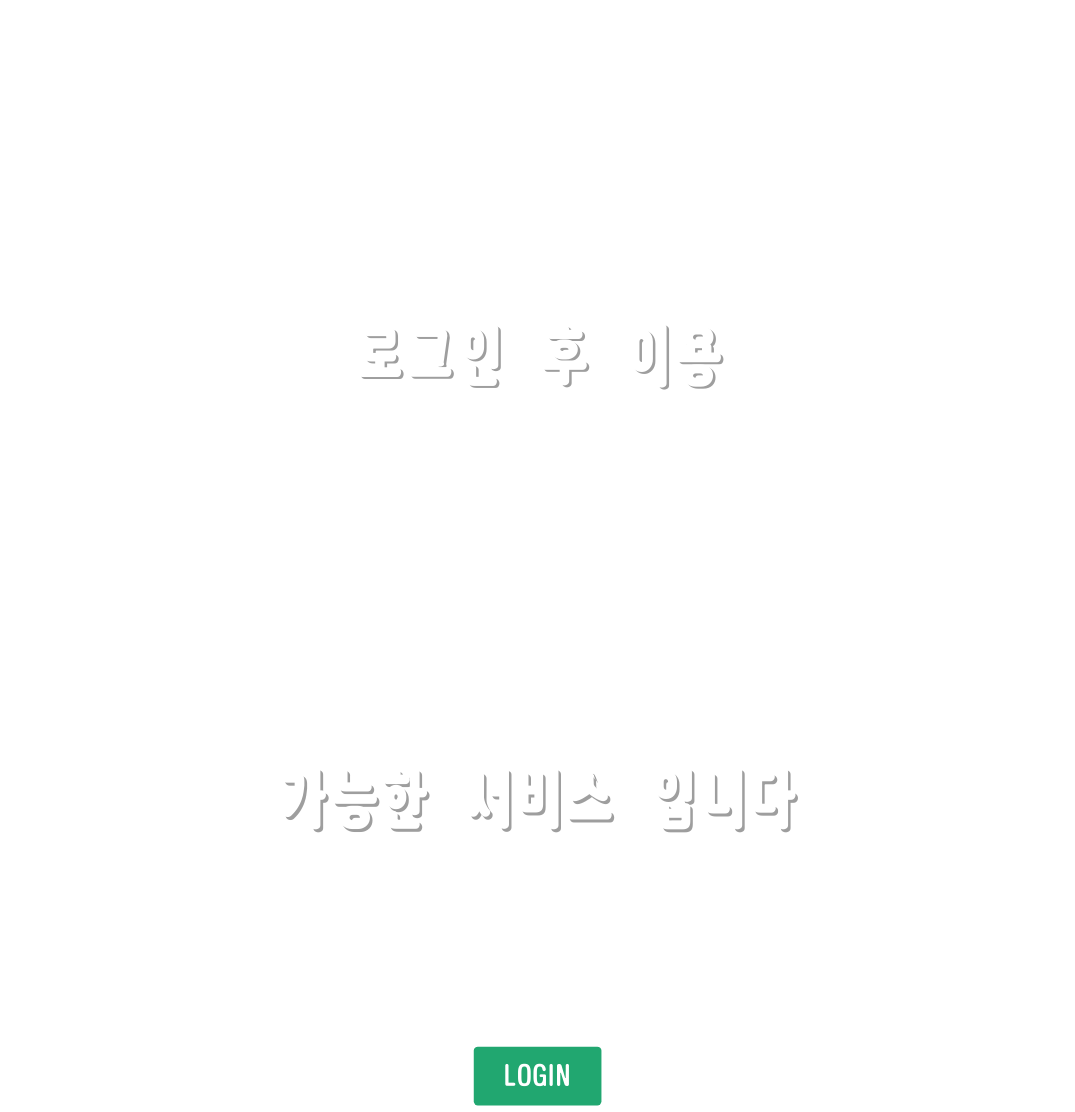
Repository: se-yoo/ChangeSeat
Page: http://localhost/ChangeSeat/infoNotMember.jsp
These files come from the project's save history. The page is drawn as it stood at one moment and after the next save; the edit follows.
The browser window is 1280 px wide. The pictures show the whole page, at 84% of full size.
The page is served by Tomcat 9.

Above is the page before, as saved 2018-06-26 02:54:22.

### ChangeSeat/WebContent/infoNotMember.jsp
<%@ page language="java" contentType="text/html; charset=UTF-8"
    pageEncoding="UTF-8"%>
<!DOCTYPE html>
<html>
<head>
<meta content="text/html; charset=UTF-8">
<title></title>
 <link rel="stylesheet" href="changeIndexStyle.css">
</head>
<body>
	<h2 class="header" style="font-size:5em;line-height:6em;">로그인 후 이용<br>가능한 서비스 입니다</h2>
	<a href="login.jsp"><button>LOGIN</button></a>
</body>

### ChangeSeat/WebContent/changeIndexStyle.css
@CHARSET "UTF-8";
@font-face{
	font-family:yangFont;
	src:url('yangfont05.ttf') format('truetype');
}
@font-face{
	font-family:Nanum;
	src:url('NanumBarunGothicLight.ttf') format('truetype');
}
body{
	text-align:center;
	font-size:1.1em;
}
#logout{
	font-family:Nanum;
}
#login{
	font-family:Nanum;
}
p{
	font-size:1.3em;
	line-height:2em;
	color:white;
}
span{
	font-weight:bold;
  	text-shadow: 1px 1px rgba(0, 0, 0, 0.38),2px 2px rgba(0, 0, 0, 0.38);
}
button{
	width:12%;
	height:2em;
	background-color:#21a770;
	color:white;
	font-family:yangFont;
	font-size:2em;
	border:0px;
	border-radius:5px;
}
button:hover{
	background-color:white;
	color:#21a770;
	box-shadow: 2px 2px 15px gray;
}
.header {
  font-family: yangFont;
  color:white;
  font-size:7em;
  margin-top:13%;
  margin-bottom:2%;
  text-align:center;
  cursor: default;
  transition: all .4s ease-in-out;
  text-shadow: 3px 3px rgba(0, 0, 0, 0.38);
}
.logoutLink:link, .logoutLink:active, .logoutLink:visited{
	color:#fffeef;
	text-decoration:none;
	font-size:0.9em;
}
.logoutLink:hover{
	text-decoration:underline;
	font-size:0.9em;
}

After the next save:
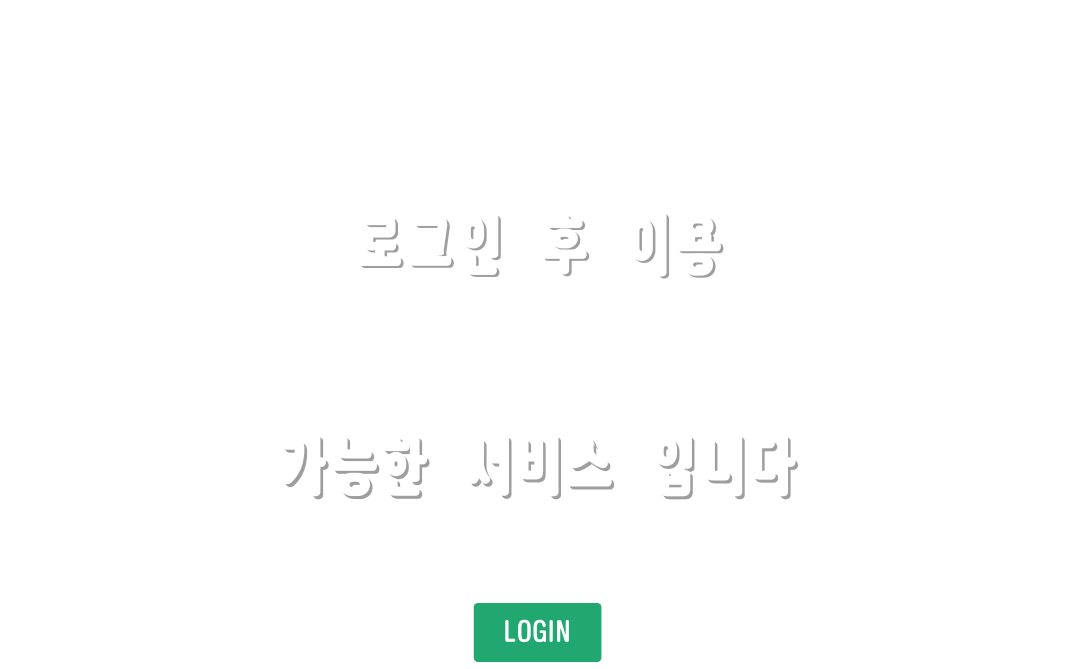
Saved 6 s later.
--- a/ChangeSeat/WebContent/infoNotMember.jsp
+++ b/ChangeSeat/WebContent/infoNotMember.jsp
@@ -8,6 +8,6 @@
  <link rel="stylesheet" href="changeIndexStyle.css">
 </head>
 <body>
-	<h2 class="header" style="font-size:5em;line-height:6em;">로그인 후 이용<br>가능한 서비스 입니다</h2>
+	<h2 class="header" style="font-size:5em;line-height:3em;">로그인 후 이용<br>가능한 서비스 입니다</h2>
 	<a href="login.jsp"><button>LOGIN</button></a>
 </body>
